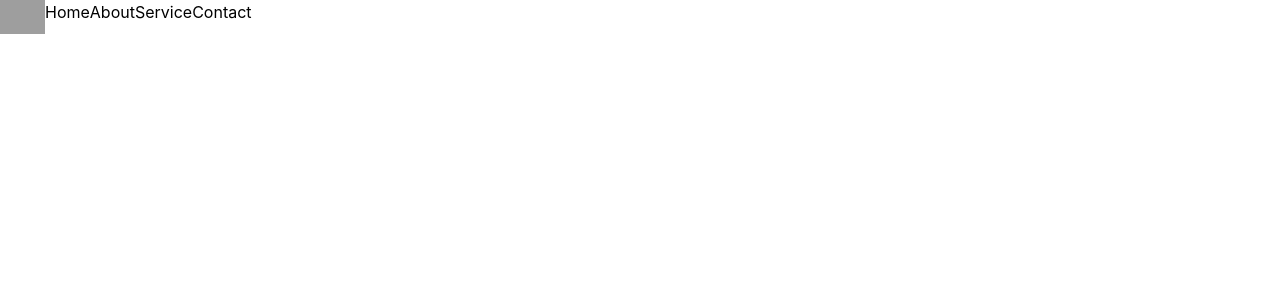
Repository: Abel-A16/react-tailwind
Page: /
The author's editor kept a copy of each file at every save. The page is drawn from the files as they stood at one save, then again after the next save.
The browser window is 1280 px wide. The pictures show the whole page.
Pictures or frames that could not be fetched are drawn as grey boxes. The project was rebuilt for these pictures with package versions that can differ from the ones it lists, and the page was loaded fresh each time.

Above is the page before, as saved 2024-10-10 13:49:53.

### src/App.js
import logo from './logo.svg';
import './App.css';
import NavBar from './components/NavBar';

function App() {
  return (
    <div className="App">
      <NavBar/>
    </div>
  );
}

export default App;

### src/components/NavBar.js
import React from 'react'

function NavBar() {
  return (
    <div className='flex'>
      <div>

      <img className=' justify-between items-center' src='../logo.webp' width={45} height={45} alt=''/>
      </div>



            <h1><a  href="http">Home</a></h1>
            <h1><a  href="#dfg">About</a></h1>
            <h1><a  href="#dfv">Service</a></h1>
            <h1><a  href="#df">Contact</a></h1>


    </div>
  )
}

export default NavBar

### tailwind.config.js
module.exports = {
  content: [
    "./src/**/*.{js,jsx,ts,tsx}",
  ],
  theme: {
    extend: {},
  },
  plugins: [],
}

Loaded but not shown: public/index.html (common file); src/index.js (common file); src/index.css (common file); src/reportWebVitals.js (common file); src/App.css (common file)

After the next save:
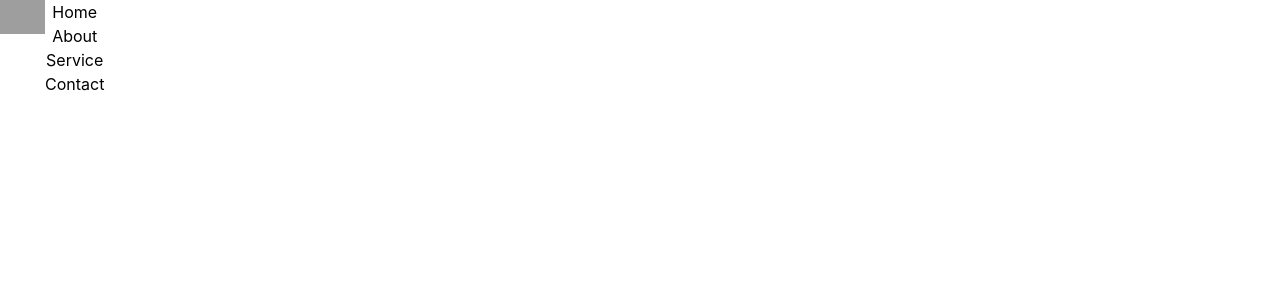
Saved 22 s later.
--- a/src/components/NavBar.js
+++ b/src/components/NavBar.js
@@ -7,13 +7,15 @@
 
       <img className=' justify-between items-center' src='../logo.webp' width={45} height={45} alt=''/>
       </div>
+      <div>
+
+      <h1><a  href="http">Home</a></h1>
+      <h1><a  href="#dfg">About</a></h1>
+      <h1><a  href="#dfv">Service</a></h1>
+      <h1><a  href="#df">Contact</a></h1>
+      </div>
 
 
-
-            <h1><a  href="http">Home</a></h1>
-            <h1><a  href="#dfg">About</a></h1>
-            <h1><a  href="#dfv">Service</a></h1>
-            <h1><a  href="#df">Contact</a></h1>
 
 
     </div>
